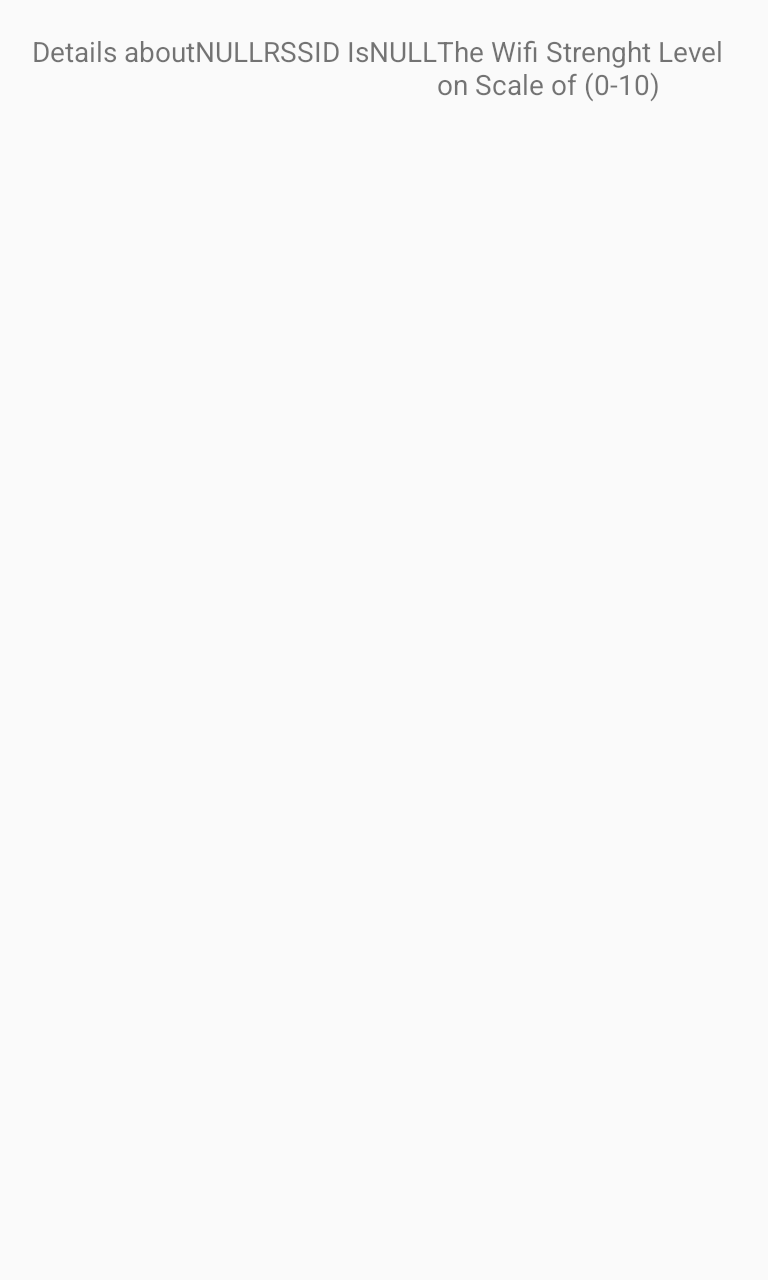
Repository: merylhu/WifiStrenghtChecker
Layout: WifiStrenghtChecker/res/layout/activity_activity2.xml
The author's editor kept a copy of each file at every save. The layout is drawn from the files as they stood at one save, then again after the next save.
It is drawn on a 768 x 1280 px phone screen (xhdpi) without system bars, with theme AppTheme; the app's code is not run.

Above is the layout before, as saved 2014-12-18 09:43:30.

After the next save:
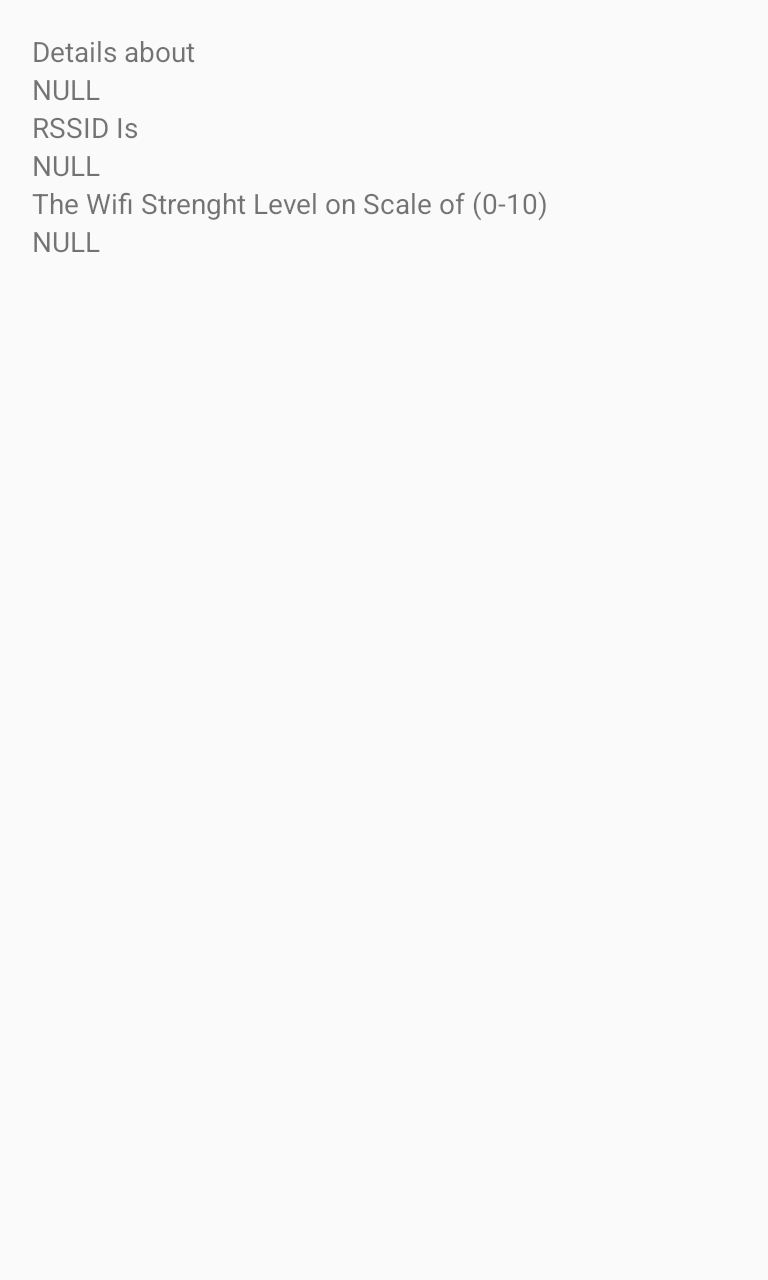
Saved 29 s later.
--- a/WifiStrenghtChecker/res/layout/activity_activity2.xml
+++ b/WifiStrenghtChecker/res/layout/activity_activity2.xml
@@ -2,6 +2,7 @@
     xmlns:tools="http://schemas.android.com/tools"
     android:layout_width="match_parent"
     android:layout_height="match_parent"
+    android:orientation="vertical"
     android:paddingBottom="@dimen/activity_vertical_margin"
     android:paddingLeft="@dimen/activity_horizontal_margin"
     android:paddingRight="@dimen/activity_horizontal_margin"
@@ -28,6 +29,10 @@
         android:layout_width="wrap_content"
         android:layout_height="wrap_content"
         android:text="The Wifi Strenght Level on Scale of (0-10)"/>
+       <TextView
+        android:layout_width="wrap_content"
+        android:layout_height="wrap_content"
+        android:text="@string/nothing" />
 
 
 </LinearLayout>
